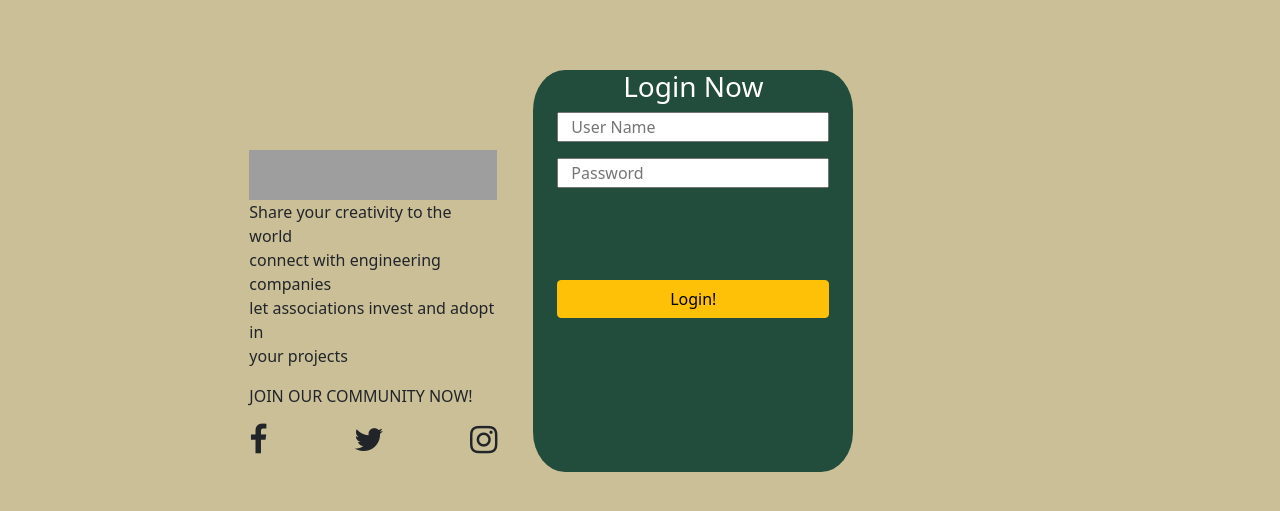
Repository: ahmadjamal-1997/Project-Taqadam
Page: http://localhost/Taqadam/WEB-INF/login.jsp
An editor plug-in stored every save of this project. The page is shown before and after the next save, followed by the edit.
The browser window is 1280 px wide. The pictures show the whole page.
Pictures or frames that could not be fetched are drawn as grey boxes. The page is served by Tomcat 9. Nobody is signed in. Other server files are loaded and not shown. The template is opened directly, without the code that normally fills it, so the values that code supplies are empty.

Above is the page before, as saved 2022-03-31 10:28:42.

### Taqadam-new/Taqadam-java/Taqadam-new/Taqadam/src/main/webapp/WEB-INF/login.jsp
<%@ page language="java" contentType="text/html; charset=UTF-8"
    pageEncoding="UTF-8"%>
<%@ taglib prefix="c" uri="http://java.sun.com/jsp/jstl/core" %>
<%@ taglib prefix="form" uri="http://www.springframework.org/tags/form" %>
<%@ page isErrorPage="true" %>
<!DOCTYPE html PUBLIC "-//W3C//DTD HTML 4.01 Transitional//EN" "http://www.w3.org/TR/html4/loose.dtd">
<html>
<head>
<meta http-equiv="Content-Type" content="text/html; charset=UTF-8">
<title>Registration Page</title>
<link href="https://cdn.jsdelivr.net/npm/bootstrap@5.1.3/dist/css/bootstrap.min.css" rel="stylesheet" integrity="sha384-1BmE4kWBq78iYhFldvKuhfTAU6auU8tT94WrHftjDbrCEXSU1oBoqyl2QvZ6jIW3" crossorigin="anonymous">
<link rel="stylesheet" href="https://cdnjs.cloudflare.com/ajax/libs/font-awesome/4.7.0/css/font-awesome.min.css">
<style>
        img{
            max-height: 50px;
        }
        .form{
            border-radius: 10%;
             display: flex;
             flex-direction: column;

             align-items: center;
             background-color: #224c3c;
        }
        .par{
        display:flex;
        justify-content:space-between;

        }
    </style>
</head>
<body>
   <body style="background-color: #cbbf98;">
    <div class="container-fluid" >
        <div class="row" style="height: 70px;">
        </div>
        <div class="row">
            <div class="col-2"></div>
            <div class="col-3">
            <div class="container">
            <div class="row" style="height:80px;">
            </div>
            	<div class="row">
                <img src="/photo/taqdam-01.png" alt="logo">
                </div>
                <p class="par">Share your creativity to the world<br>connect with engineering companies<br>
                let associations invest and adopt in<br>your projects</p>
                <p class="par">JOIN OUR COMMUNITY NOW!</p>
                <p class="par fs-2"><i class="fa fa-facebook-f"></i><i class="fa fa-twitter"></i><i class="fa fa-instagram"></i></p>
            </div>
            </div>
            <div class="col-3 form">
                    <h3 style="color: white;">Login Now</h3>

                <div class="container">
                <form method="POST" action="/login">
                <div class="row mb-3">
           			 <input type="text" id="email" name="username" placeholder="User Name"/>
      			</div>

            <div class="row mb-3">
            <input type="password" id="password" name="password" placeholder="Password"/>
            </div>
            <div class="row mb-3" style="height:60px">
            </div>
            <div class="row mb-3">
       		 <input type="hidden" name="${_csrf.parameterName}" value="${_csrf.token}"/>
       		 <input type="submit" class="btn btn-warning" value="Login!"/>
       		 </div>
    			</form>
                    </div>
            </div>
        </div>
    </div>
</body>
</html>

After the next save:
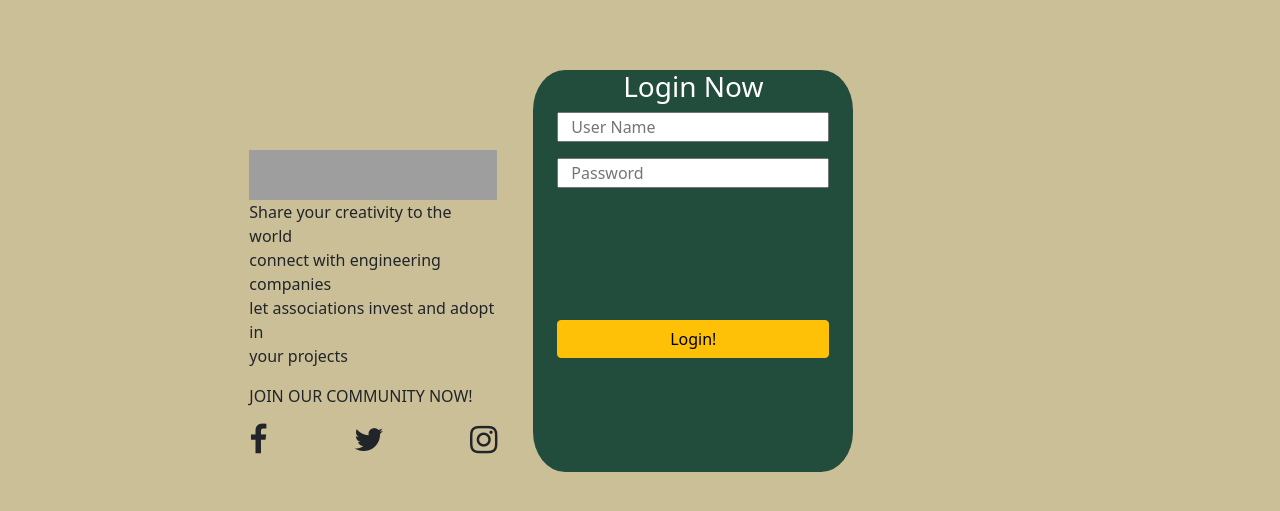
Saved 5 s later.
--- a/Taqadam-new/Taqadam-java/Taqadam-new/Taqadam/src/main/webapp/WEB-INF/login.jsp
+++ b/Taqadam-new/Taqadam-java/Taqadam-new/Taqadam/src/main/webapp/WEB-INF/login.jsp
@@ -61,7 +61,7 @@
             <div class="row mb-3">
             <input type="password" id="password" name="password" placeholder="Password"/>
             </div>
-            <div class="row mb-3" style="height:60px">
+            <div class="row mb-3" style="height:100px">
             </div>
             <div class="row mb-3">
        		 <input type="hidden" name="${_csrf.parameterName}" value="${_csrf.token}"/>
